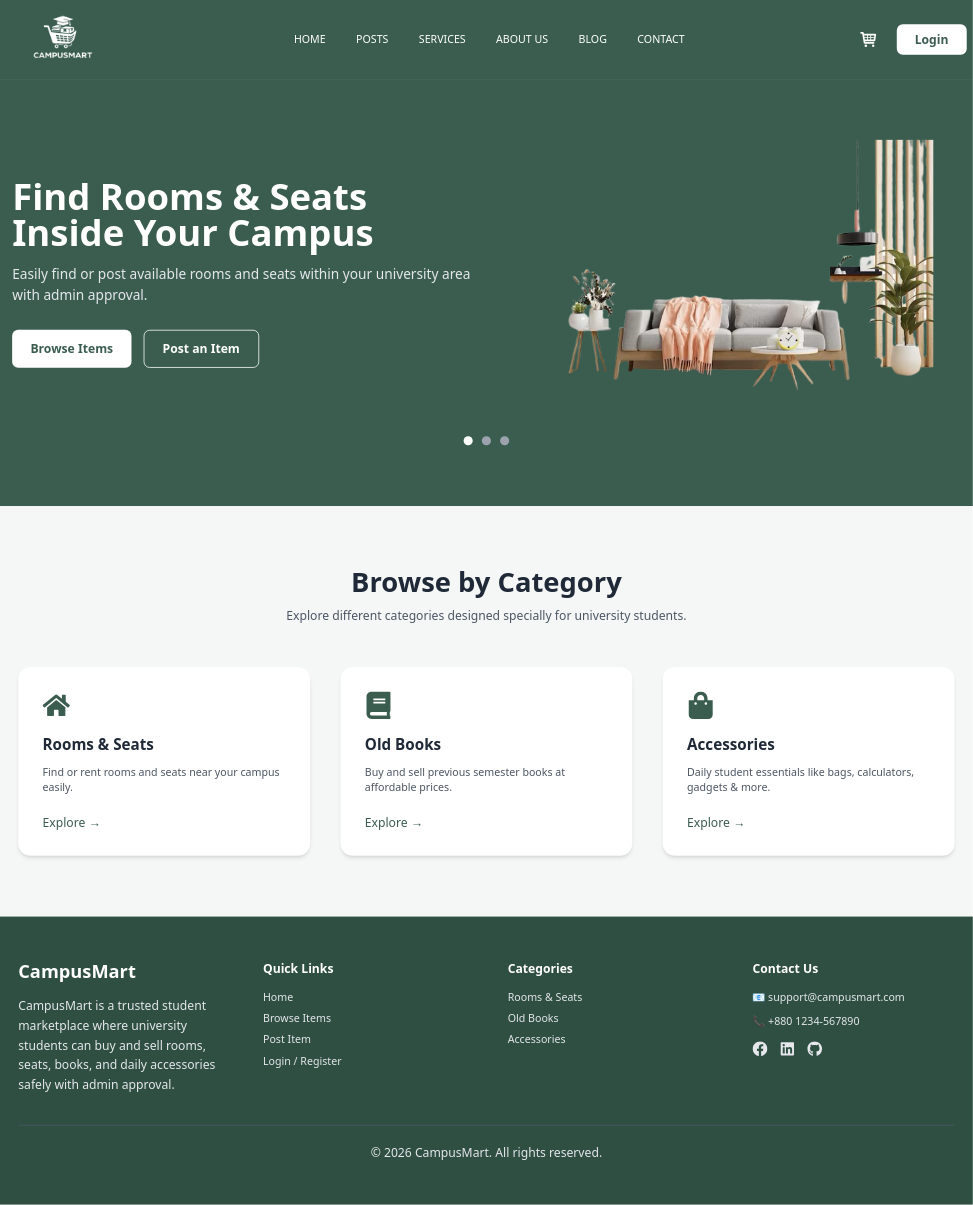
Repository: jahidhasanri/CAMPUSMART
Page: /
These files come from the project's save history. The page is drawn as it stood at one moment and after the next save; the edit follows.
The browser window is 1280 px wide. The pictures show the whole page, at 76% of full size.
The project was rebuilt for these pictures with package versions that can differ from the ones it lists, and the page was loaded fresh each time. Also part of the build but not shown: vite.config.js.

Above is the page before, as saved 2026-01-12 23:23:20.

### index.html
<!doctype html>
<html lang="en">
  <head>
    <meta charset="UTF-8" />
    <link rel="icon" type="image/svg+xml" href="/vite.svg" />
    <meta name="viewport" content="width=device-width, initial-scale=1.0" />
    <title>campusmart</title>
  </head>
  <body>
    <div id="root"></div>
    <script type="module" src="/src/main.jsx"></script>
  </body>
</html>

### src/main.jsx
import { StrictMode } from 'react'
import { createRoot } from 'react-dom/client'
import './index.css'
import { RouterProvider } from 'react-router-dom'
import Router from './router/Router.jsx'


createRoot(document.getElementById('root')).render(
  <StrictMode>
    <RouterProvider router={Router} />
  </StrictMode>,
)

### src/router/Router.jsx
import { createBrowserRouter } from "react-router-dom";
import Home from "../Pages/Home.jsx";
import Main from "../components/Main.jsx";


const Router = createBrowserRouter([
  {
    path: "/",
    element: <Main></Main>,
    children:[
        {
            index:true,
            element:<Home></Home>
        }
    ]
  },
]);

export default Router;

### src/Pages/Home.jsx
import React from 'react';
import Banner from '../components/Banner';
import Categories from '../components/Category';

const Home = () => {
    return (
        <div>
            <Banner></Banner>
            <Categories></Categories>
        </div>
    );
};

export default Home;

### src/components/Main.jsx
import React from 'react';
import { Outlet } from 'react-router-dom';
import Navbar from './Navbar';
import Footer from './Footer';

const Main = () => {
    return (
        <div className=''>
            <Navbar></Navbar>
            <div className="min-h-[calc(100vh-422px)]">

            <Outlet></Outlet>
            </div>
            <Footer></Footer>
        </div>
    );
};

export default Main;

### src/components/Banner.jsx
import { useState, useEffect } from "react";

const slides = [
  {
    title: "Find Rooms & Seats Inside Your Campus",
    subtitle:
      "Easily find or post available rooms and seats within your university area with admin approval.",
    image: "/images/room1.png",
  },
  {
    title: "Buy & Sell Previous Semester Books",
    subtitle:
      "Save money by buying used books or sell your old semester books to juniors.",
    image: "/images/books.png",
  },
  {
    title: "Student Accessories Marketplace",
    subtitle:
      "Calculator, table lamp, chair, bag and other student essentials - all in one place.",
    image: "/images/product-3.png",
  },
];

const Banner = () => {
  const [current, setCurrent] = useState(0);

  // auto slide
  useEffect(() => {
    const interval = setInterval(() => {
      setCurrent((prev) => (prev + 1) % slides.length);
    }, 10000);

    return () => clearInterval(interval);
  }, []);

  return (
    <div className="w-full bg-[#3b5d50]">
      <div className="max-w-[1300px] mx-auto px-4 py-20">
        <div className="grid grid-cols-1 md:grid-cols-2 items-center gap-10">

          {/* LEFT CONTENT */}
          <div className="text-white">
            <h1 className="text-3xl md:text-5xl font-bold mb-4 leading-tight">
              {slides[current].title}
            </h1>

            <p className="text-gray-200 text-lg mb-8">
              {slides[current].subtitle}
            </p>

            <div className="flex gap-4 flex-wrap">
              <button className="bg-white text-[#3b5d50] px-6 py-3 rounded-lg font-semibold hover:bg-gray-200 transition">
                Browse Items
              </button>
              <button className="border border-white px-6 py-3 rounded-lg font-semibold hover:bg-white hover:text-[#3b5d50] transition">
                Post an Item
              </button>
            </div>
          </div>

          {/* RIGHT IMAGE */}
          <div className="flex justify-center">
            <img
              src={slides[current].image}
              alt="banner"
              className="w-full max-h-[350px] max-w-[550px] object-contain"
            />
          </div>
        </div>

        {/* DOTS */}
        <div className="flex justify-center mt-10 gap-3">
          {slides.map((_, index) => (
            <button
              key={index}
              onClick={() => setCurrent(index)}
              className={`h-3 w-3 rounded-full ${
                current === index ? "bg-white" : "bg-gray-400"
              }`}
            ></button>
          ))}
        </div>
      </div>
    </div>
  );
};

export default Banner;

### src/components/Category.jsx
import { motion } from "framer-motion";
import { FaHome, FaBook, FaShoppingBag } from "react-icons/fa";

const categories = [
  {
    id: 1,
    title: "Rooms & Seats",
    desc: "Find or rent rooms and seats near your campus easily.",
    icon: <FaHome />,
  },
  {
    id: 2,
    title: "Old Books",
    desc: "Buy and sell previous semester books at affordable prices.",
    icon: <FaBook />,
  },
  {
    id: 3,
    title: "Accessories",
    desc: "Daily student essentials like bags, calculators, gadgets & more.",
    icon: <FaShoppingBag />,
  },
];

const Categories = () => {
  return (
    <section className="py-20 bg-[#f5f7f6]">
      <div className="max-w-[1300px] mx-auto px-6">

        {/* SECTION TITLE */}
        <motion.div
          initial={{ opacity: 0, y: 40 }}
          whileInView={{ opacity: 1, y: 0 }}
          transition={{ duration: 0.6 }}
          viewport={{ once: true }}
          className="text-center mb-14"
        >
          <h2 className="text-3xl md:text-4xl font-bold text-gray-800 mb-3">
            Browse by Category
          </h2>
          <p className="text-gray-600 max-w-xl mx-auto">
            Explore different categories designed specially for university students.
          </p>
        </motion.div>

        {/* CATEGORY CARDS */}
        <div className="grid grid-cols-1 md:grid-cols-2 lg:grid-cols-3 gap-10">
          {categories.map((item, index) => (
            <motion.div
              key={item.id}
              initial={{ opacity: 0, y: 50 }}
              whileInView={{ opacity: 1, y: 0 }}
              transition={{ duration: 0.6, delay: index * 0.15 }}
              viewport={{ once: true }}
              whileHover={{ scale: 1.05 }}
              className="bg-white rounded-2xl p-8 shadow-md hover:shadow-xl transition-all duration-300 cursor-pointer"
            >
              <div className="text-4xl text-[#3b5d50] mb-5">
                {item.icon}
              </div>

              <h3 className="text-xl font-semibold text-gray-800 mb-3">
                {item.title}
              </h3>

              <p className="text-gray-600 text-sm mb-6">
                {item.desc}
              </p>

              <button className="text-[#3b5d50] font-medium hover:underline">
                Explore →
              </button>
            </motion.div>
          ))}
        </div>

      </div>
    </section>
  );
};

export default Categories;

### src/components/Navbar.jsx

import { useState } from "react";
import { Link } from "react-router-dom";
import { TiShoppingCart } from "react-icons/ti";
import { HiMenuAlt3, HiX } from "react-icons/hi";

const Navbar = () => {
  const [menuOpen, setMenuOpen] = useState(false);

  const navLinks = [
    { name: "HOME", path: "/" },
    { name: "POSTS", path: "/products" },
    { name: "SERVICES", path: "/services" },
    { name: "ABOUT US", path: "/about" },
    { name: "BLOG", path: "/blog" },
    { name: "CONTACT", path: "/contact" },
  ];

  return (
    <header className="bg-[#3b5d50] text-white">
      <div className="max-w-[1300px]  mx-auto px-2 py-5">
        <div className="flex items-center justify-between h-16">

          {/* Logo */}
         <Link href={'/'}>
          <img src="/images/campu_logo-removebg-preview.png" className="w-[150px] h-26" alt="Green Nest Logo" />
         </Link>

          {/* Desktop Menu (lg only) */}
          <ul className="hidden lg:flex gap-10 font-normal text-sm">
            {navLinks.map((link) => {
              return (
                <li key={link.path}>
                  <Link
                    href={link.path}
                    className={`pb-1 transition-all duration-300`}
                  >
                    {link.name}
                  </Link>
                </li>
              );
            })}
          </ul>

          {/* Cart + Login (md and up) */}
          <Link href={'/login'} className="hidden md:flex items-center gap-6">
            <TiShoppingCart
              size={26}
              className="cursor-pointer hover:text-[#5a8139]"
            />
            <button className="bg-white text-[#3b5d50] px-6 py-2 rounded-lg font-semibold hover:bg-gray-200 transition">
                Login
              </button>
          </Link>

          {/* Hamburger (md & sm only) */}
          <div className="lg:hidden">
            <button onClick={() => setMenuOpen(!menuOpen)}>
              {menuOpen ? <HiX size={28} /> : <HiMenuAlt3 size={28} />}
            </button>
          </div>
        </div>

        {/* Mobile + Tablet Menu */}
        {menuOpen && (
          <div className="lg:hidden mt-4">
            <ul className="flex flex-col gap-4 font-medium">
              {navLinks.map((link) => {
                return (
                  <li key={link.path}>
                    <Link
                      href={link.path}
                      onClick={() => setMenuOpen(false)}
                      className={`block pb-1`}
                    >
                      {link.name}
                    </Link>
                  </li>
                );
              })}
            </ul>

                <Link href={'/login'} className=" md:hidden items-center gap-6">
            <TiShoppingCart
              size={26}
              className="cursor-pointer mb-5 mt-5 hover:text-[#5a8139]"
            />
            <button className="bg-[#5a8139] mb-5 hover:bg-[#5b8139d7] px-4 py-1.5 cursor-pointer rounded">
              Login
            </button>
          </Link>

          </div>
        )}
      </div>
    </header>
  );
};

export default Navbar;

### src/components/Footer.jsx
import { FaFacebook, FaLinkedin, FaGithub } from "react-icons/fa";

const Footer = () => {
  return (
    <footer className="bg-[#2f4f43] text-gray-200">
      <div className="max-w-[1300px] mx-auto px-6 py-14">
        <div className=" grid grid-cols-1 md:grid-cols-2 lg:grid-cols-4 gap-14">

          {/* BRAND */}
          <div className="">
            <h2 className="text-2xl font-bold text-white mb-4">
              CampusMart
            </h2>
            <p className="text-[16px] leading-relaxed">
              CampusMart is a trusted student marketplace where university
              students can buy and sell rooms, seats, books, and daily
              accessories safely with admin approval.
            </p>
          </div>

          {/* QUICK LINKS */}
          <div>
            <h3 className="text-[16px] font-semibold text-white mb-4">
              Quick Links
            </h3>
            <ul className="space-y-2 text-sm">
              <li className="hover:text-white cursor-pointer">Home</li>
              <li className="hover:text-white cursor-pointer">Browse Items</li>
              <li className="hover:text-white cursor-pointer">Post Item</li>
              <li className="hover:text-white cursor-pointer">Login / Register</li>
            </ul>
          </div>

          {/* CATEGORIES */}
          <div>
            <h3 className="text-[16px] font-semibold text-white mb-4">
              Categories
            </h3>
            <ul className="space-y-2 text-sm">
              <li className="hover:text-white cursor-pointer">Rooms & Seats</li>
              <li className="hover:text-white cursor-pointer">Old Books</li>
              <li className="hover:text-white cursor-pointer">Accessories</li>
            </ul>
          </div>

          {/* CONTACT */}
          <div>
            <h3 className="text-[16px] font-semibold text-white mb-4">
              Contact Us
            </h3>
            <p className="text-sm mb-3">📧 support@campusmart.com</p>
            <p className="text-sm mb-4">📞 +880 1234-567890</p>

            <div className="flex gap-4 text-xl">
              <FaFacebook className="hover:text-white cursor-pointer" />
              <FaLinkedin className="hover:text-white cursor-pointer" />
              <FaGithub className="hover:text-white cursor-pointer" />
            </div>
          </div>

        </div>

        {/* BOTTOM */}
        <div className="border-t border-gray-600 mt-10 pt-6 text-center text-[16px]">
          © {new Date().getFullYear()} CampusMart. All rights reserved.
        </div>
      </div>
    </footer>
  );
};

export default Footer;

Loaded but not shown: src/index.css (common file); tailwind.config.js (common file)

After the next save:
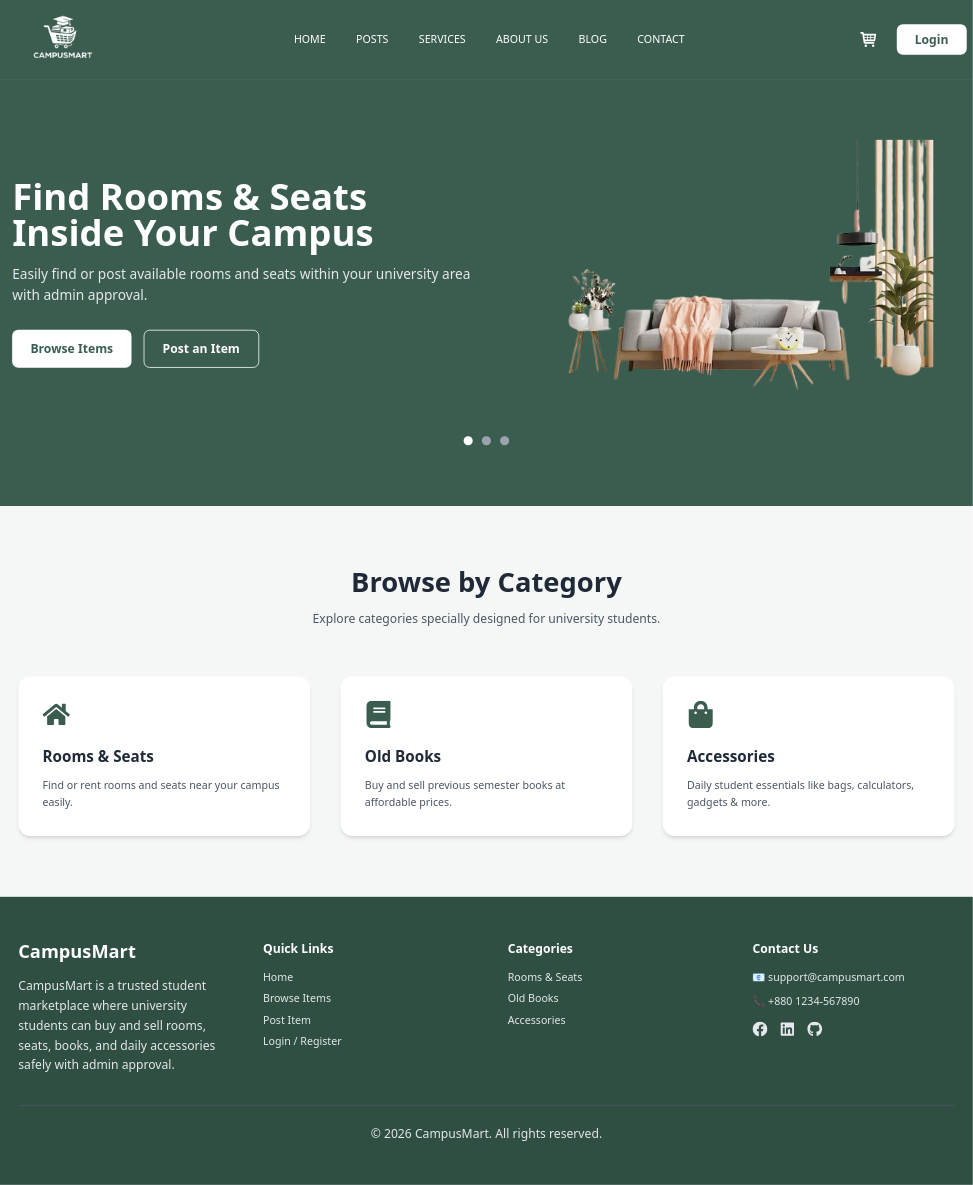
Saved 3 min 16 s later.
--- a/src/components/Category.jsx
+++ b/src/components/Category.jsx
@@ -3,59 +3,68 @@ import { FaHome, FaBook, FaShoppingBag } from "react-icons/fa";
 
 const categories = [
   {
-    id: 1,
     title: "Rooms & Seats",
     desc: "Find or rent rooms and seats near your campus easily.",
     icon: <FaHome />,
   },
   {
-    id: 2,
     title: "Old Books",
     desc: "Buy and sell previous semester books at affordable prices.",
     icon: <FaBook />,
   },
   {
-    id: 3,
     title: "Accessories",
     desc: "Daily student essentials like bags, calculators, gadgets & more.",
     icon: <FaShoppingBag />,
   },
 ];
 
+const fadeUp = {
+  hidden: { opacity: 0, y: 60 },
+  visible: {
+    opacity: 1,
+    y: 0,
+    transition: {
+      duration: 0.7,
+      ease: "easeOut",
+    },
+  },
+};
+
 const Categories = () => {
   return (
     <section className="py-20 bg-[#f5f7f6]">
       <div className="max-w-[1300px] mx-auto px-6">
 
-        {/* SECTION TITLE */}
+        {/* TITLE */}
         <motion.div
-          initial={{ opacity: 0, y: 40 }}
-          whileInView={{ opacity: 1, y: 0 }}
-          transition={{ duration: 0.6 }}
+          variants={fadeUp}
+          initial="hidden"
+          whileInView="visible"
           viewport={{ once: true }}
-          className="text-center mb-14"
+          className="text-center mb-16"
         >
-          <h2 className="text-3xl md:text-4xl font-bold text-gray-800 mb-3">
+          <h2 className="text-3xl md:text-4xl font-bold text-gray-800 mb-4">
             Browse by Category
           </h2>
           <p className="text-gray-600 max-w-xl mx-auto">
-            Explore different categories designed specially for university students.
+            Explore categories specially designed for university students.
           </p>
         </motion.div>
 
-        {/* CATEGORY CARDS */}
+        {/* CARDS */}
         <div className="grid grid-cols-1 md:grid-cols-2 lg:grid-cols-3 gap-10">
           {categories.map((item, index) => (
             <motion.div
-              key={item.id}
-              initial={{ opacity: 0, y: 50 }}
-              whileInView={{ opacity: 1, y: 0 }}
-              transition={{ duration: 0.6, delay: index * 0.15 }}
+              key={index}
+              variants={fadeUp}
+              initial="hidden"
+              whileInView="visible"
               viewport={{ once: true }}
-              whileHover={{ scale: 1.05 }}
-              className="bg-white rounded-2xl p-8 shadow-md hover:shadow-xl transition-all duration-300 cursor-pointer"
+              transition={{ delay: index * 0.15 }}
+              className="bg-white rounded-2xl p-8 shadow-md hover:shadow-lg transition-shadow duration-300"
             >
-              <div className="text-4xl text-[#3b5d50] mb-5">
+              <div className="text-4xl text-[#3b5d50] mb-6">
                 {item.icon}
               </div>
 
@@ -63,13 +72,9 @@ const Categories = () => {
                 {item.title}
               </h3>
 
-              <p className="text-gray-600 text-sm mb-6">
+              <p className="text-gray-600 text-sm leading-relaxed">
                 {item.desc}
               </p>
-
-              <button className="text-[#3b5d50] font-medium hover:underline">
-                Explore →
-              </button>
             </motion.div>
           ))}
         </div>
